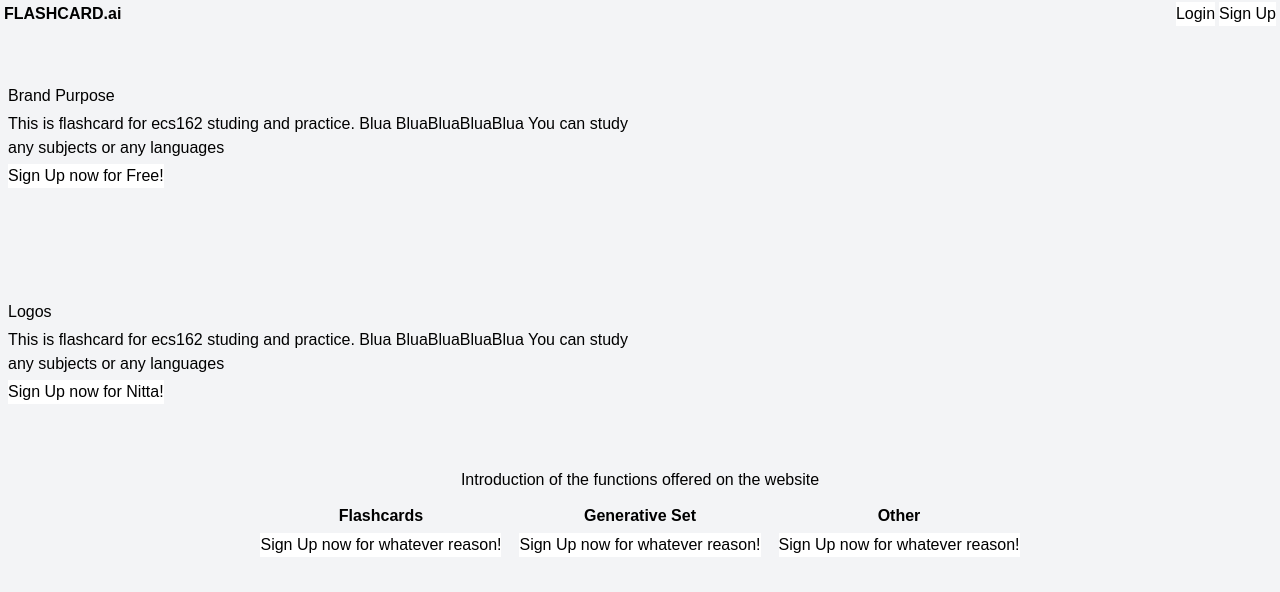
Repository: greg-chang/flashcard-website
Page: / (app in frontend/)
The author's editor kept a copy of each file at every save. The page is drawn from the files as they stood at one save, then again after the next save.
The browser window is 1280 px wide. The pictures show the whole page.
The page's requests for data from a server got no answer. The project was rebuilt for these pictures with package versions that can differ from the ones it lists, and the page was loaded fresh each time. Some packages were replaced by stand-ins written for this rebuild. The framework's server and built-in components were replaced by stand-ins that run in the browser. No one was signed in, and anything a server would have sent is missing. Also part of the build but not shown: frontend/next.config.ts, frontend/src/app/components/CardComponent.tsx, frontend/src/app/components/UserInterface.tsx.

Above is the page before, as saved 2025-05-29 22:14:37.

### frontend/src/app/layout.tsx
import type { Metadata } from "next";
import { Geist, Geist_Mono } from "next/font/google";
import { ClerkProvider } from '@clerk/nextjs';
import "./globals.css";

const geistSans = Geist({
  variable: "--font-geist-sans",
  subsets: ["latin"],
});

const geistMono = Geist_Mono({
  variable: "--font-geist-mono",
  subsets: ["latin"],
});

export const metadata: Metadata = {
  title: "Flashcard Website",
  description: "ECS 162 - Web Programming Final Project",
};

export default function RootLayout({
  children,
}: Readonly<{
  children: React.ReactNode;
}>) {
  return (
    <ClerkProvider>
      <html lang="en">
        <body
          className={`${geistSans.variable} ${geistMono.variable} antialiased`}
        >
          {children}
        </body>
      </html>
    </ClerkProvider>
  );
}

### frontend/src/app/page.tsx
'use client';
import Homepage from './components/Homepage';
import UserInterface from './components/UserInterface';
import Dashboard from './components/Dashboard';
import { useUser } from '@clerk/nextjs';

export default function Home() {
  const { isSignedIn, isLoaded } = useUser();
  if (!isLoaded) {
    return <div>Loading...</div>;
  }
  return (
    <main className="min-h-screen bg-gray-100">
      {isSignedIn ? <UserInterface /> : <Homepage />}
    </main>
  );
}

### frontend/src/app/globals.css
@import "tailwindcss";

:root {
  --background: var(--color-sand);
  --foreground: var(--color-walnut);
}

@theme {
  /* Light */
  --color-sand: #F0EAE2 ;
  /* Medium */
  --color-coffee: #937156 ;
  /* Medium Text */
  --color-walnut: #8F6E4F ;
  /* VERY DARK */
  --color-expresso: #341D09 ;
  /* DESATURATED MEDIUM */
  --color-mocha: #604E3C ;
}

@theme inline {
  --color-background: var(--background);
  --color-foreground: var(--foreground);
  --font-sans: var(--font-geist-sans);
  --font-mono: var(--font-geist-mono);
}
/*
@john found out that this is what caused the white text of white background
@media (prefers-color-scheme: dark) {
  :root {
    --background: #0a0a0a;
    --foreground: #ededed;
  }
} */

body {
  background: var(--background);
  color: var(--foreground);
  font-family: Arial, Helvetica, sans-serif;
}

### frontend/src/app/components/Homepage.tsx
'use client';
import {
  Box,
  Button,
  Center,
  Heading,
  Stack,
  Text,
  VStack,
  HStack,
  SimpleGrid,
  Flex,
} from '@chakra-ui/react';
import { SignInButton, SignUpButton } from '@clerk/nextjs';
import Header from './Header';

export default function Homepage() {
  return (
    <Box minH="100vh" bg="pink.100" color="black">
      <Header />
      {/* Intro*/}
      {/* https://www.chakra-ui.com/docs/components/simple-grid
      // https://www.chakra-ui.com/docs/components/stack */}
      <SimpleGrid columns={[1, null, 2]} spacing={8} p={8} alignItems="center">
        <VStack align="start" spacing={4}>
          <Heading size="lg">Brand Purpose</Heading>
          <Text>
            This is flashcard for ecs162 studing and practice. Blua BluaBluaBluaBlua You can study any subjects or any languages
          </Text>
          <SignUpButton mode="modal">
            <Button bg="white" _hover={{ bg: 'gray.100' }}>
              Sign Up now for Free!
            </Button>
          </SignUpButton>
        </VStack>
        <Box bg="pink.300" h="200px" borderRadius="full" />
      </SimpleGrid>

      {/* LOGO*/}
      <SimpleGrid columns={[1, null, 2]} spacing={8} p={8} alignItems="center">
        <VStack align="start" spacing={4}>
          <Heading size="lg">Logos</Heading>
          <Text>This is flashcard for ecs162 studing and practice. Blua BluaBluaBluaBlua You can study any subjects or any languages</Text>
          <SignUpButton mode="modal">
            <Button bg="white" _hover={{ bg: 'gray.100' }}>
            Sign Up now for Nitta!
            </Button>
          </SignUpButton>
        </VStack>
        <Box bg="pink.300" h="200px" borderRadius="full" />
      </SimpleGrid>

      {/* Funtionality introduction  Maybe add some content here?*/}
      <Center p={8}>
        <VStack spacing={6} w="full">
          <Heading size="md">Introduction of the functions offered on the website</Heading>
          <SimpleGrid columns={[1, null, 3]} spacing={6} w="full">
            {['Flashcards', 'Generative Set', 'Other'].map((feature) => (
              <Box key={feature} bg="pink.200" p={6} borderRadius="lg" textAlign="center">
                <Text fontWeight="bold" mb={4}>{feature}</Text>
                <SignUpButton mode="modal">
                  <Button bg="white" _hover={{ bg: 'gray.100' }}>
                    Sign Up now for whatever reason!
                  </Button>
                </SignUpButton>
              </Box>
            ))}
          </SimpleGrid>
        </VStack>
      </Center>
    </Box>
  );
}

### frontend/src/app/components/Header.tsx
'use client';
import {
  Box,
  Flex,
  Heading,
  Spacer,
  Button,
  HStack,
  Text,
} from '@chakra-ui/react';
import { SignInButton, SignUpButton, UserButton, useUser } from '@clerk/nextjs';

export default function Header() {
  const { isSignedIn, isLoaded } = useUser();

  return (
    <Box
      as="header"
      position="sticky"
      top={0}
      zIndex={10}
      bg="pink.200"
      px={4}
      py={2}
      shadow="sm"
    >
      <Flex align="center">
        {/* Logo */}
        <Heading size="md" color="black">
        <Flex
          fontSize="2xl"
          fontWeight="800"
          display="flex"
          alignItems="center"
        >
          FLASH
          <Text
            as="span"
            fontSize="2xl"
            fontWeight="800"
            color="green.600"
            maxWidth="60ch"
          >
            CARD
          </Text>
          .ai
        </Flex>
        </Heading>

        <Spacer />

        {/* Right side: Auth buttons or Avatar */}
        {isLoaded && (
          <HStack spacing={4}>
            {isSignedIn ? (
              <UserButton afterSignOutUrl="/" />
            ) : (
              <>
                <SignInButton mode="modal">
                  <Button size="sm" bg="white" _hover={{ bg: 'gray.100' }}>
                    Login
                  </Button>
                </SignInButton>
                <SignUpButton mode="modal">
                  <Button size="sm" bg="white" _hover={{ bg: 'gray.100' }}>
                    Sign Up
                  </Button>
                </SignUpButton>
              </>
            )}
          </HStack>
        )}
      </Flex>
    </Box>
  );
}

After the next save:
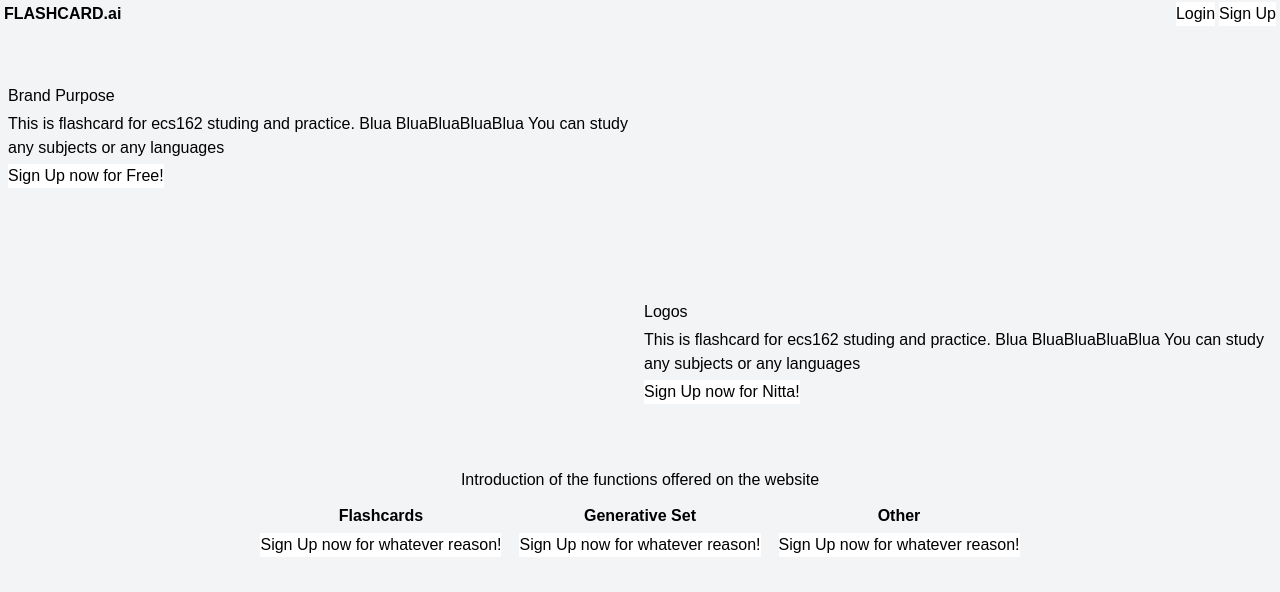
Saved 3 min 2 s later.
--- a/frontend/src/app/components/Homepage.tsx
+++ b/frontend/src/app/components/Homepage.tsx
@@ -38,8 +38,10 @@ export default function Homepage() {
 
       {/* LOGO*/}
       <SimpleGrid columns={[1, null, 2]} spacing={8} p={8} alignItems="center">
+        <Box bg="pink.400" h="200px" borderRadius="full" />
         <VStack align="start" spacing={4}>
           <Heading size="lg">Logos</Heading>
+
           <Text>This is flashcard for ecs162 studing and practice. Blua BluaBluaBluaBlua You can study any subjects or any languages</Text>
           <SignUpButton mode="modal">
             <Button bg="white" _hover={{ bg: 'gray.100' }}>
@@ -47,7 +49,6 @@ export default function Homepage() {
             </Button>
           </SignUpButton>
         </VStack>
-        <Box bg="pink.300" h="200px" borderRadius="full" />
       </SimpleGrid>
 
       {/* Funtionality introduction  Maybe add some content here?*/}
